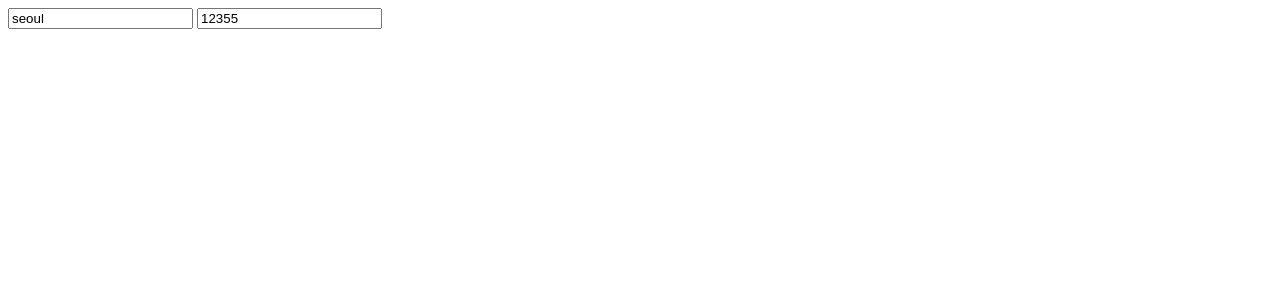
Repository: zoselakt/My_practice_JSP
Page: http://localhost/day06/get_test.jsp
These files come from the project's save history. The page is drawn as it stood at one moment and after the next save; the edit follows.
The browser window is 1280 px wide. The pictures show the whole page.
The page is served by Tomcat 9.

Above is the page before, as saved 2022-02-28 10:52:03.

### day06/WebContent/get_test.jsp
<%@ page language="java" contentType="text/html; charset=UTF-8"
    pageEncoding="UTF-8"%>
<!DOCTYPE html>
<html>
<head>
<meta charset="UTF-8">
<title>Get 방식의 요청</title>
</head>
<body>
	<form>
		<input type="text" value="seoul" name="city" readonly>
		<input type="text" value="12355" name="zipcode" readonly>
	</form>
</body>
</html>

After the next save:
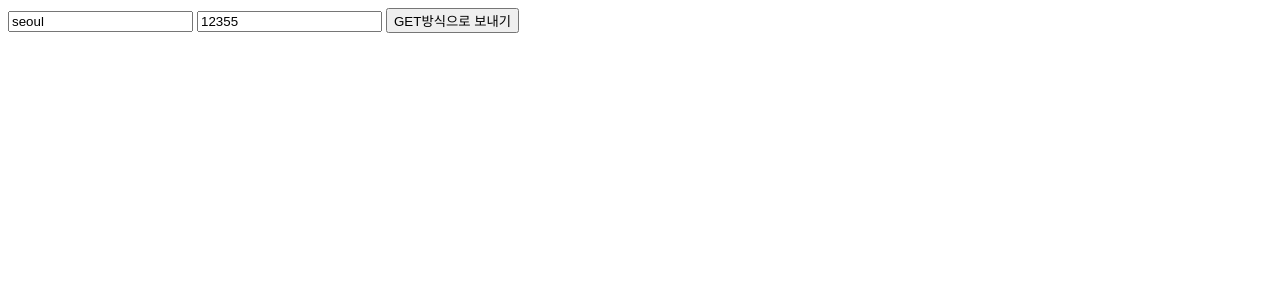
Saved 16 s later.
--- a/day06/WebContent/get_test.jsp
+++ b/day06/WebContent/get_test.jsp
@@ -10,6 +10,7 @@
 	<form>
 		<input type="text" value="seoul" name="city" readonly>
 		<input type="text" value="12355" name="zipcode" readonly>
+		<button>GET방식으로 보내기</button>
 	</form>
 </body>
 </html>
